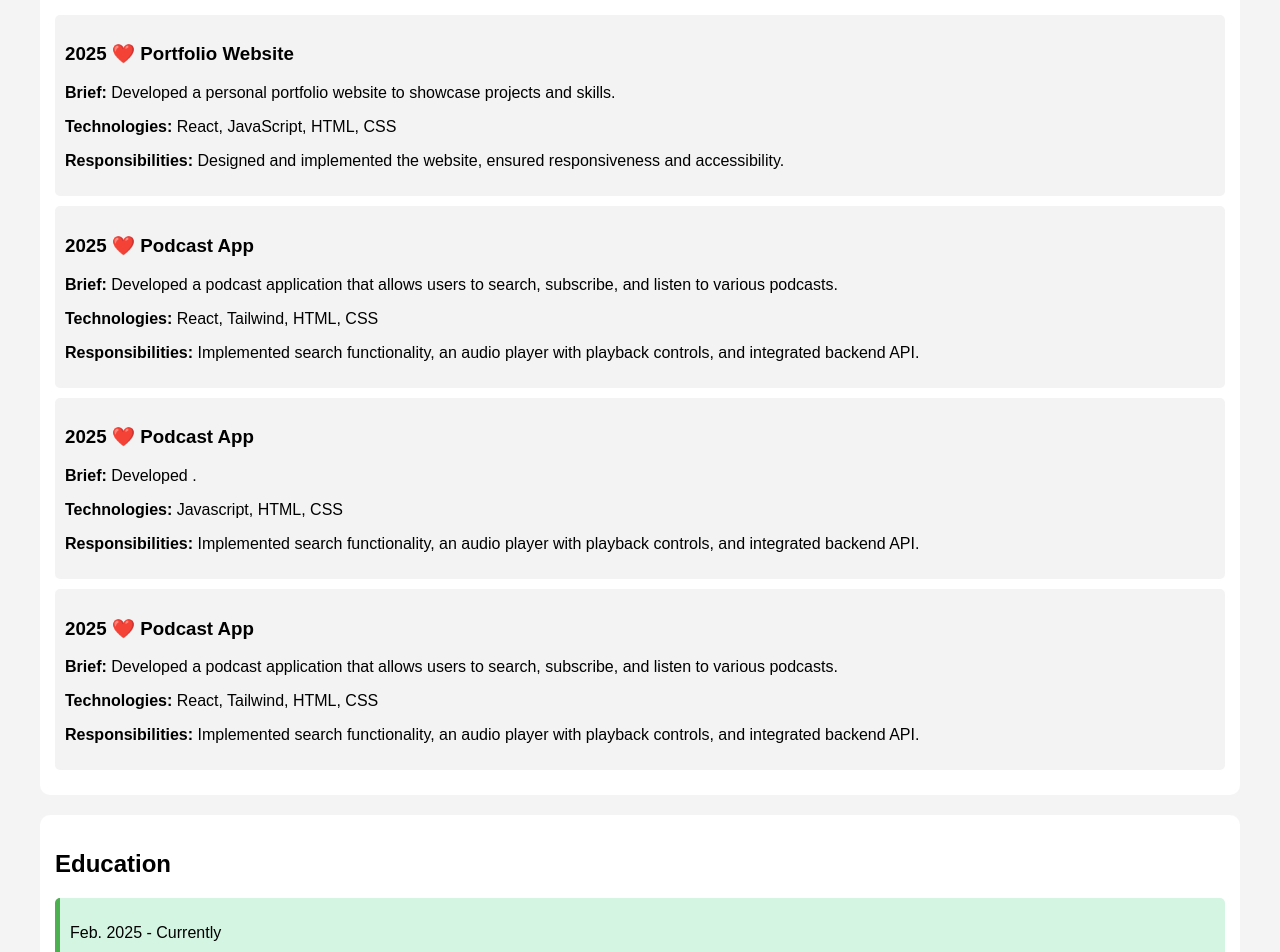
Repository: andajonas/ANDJON25111_fto2502_A2_AndaJonas_SDF_Portfolio_Piece
Page: index.html
These files come from the project's save history. The page is drawn as it stood at one moment and after the next save; the edit follows.
The browser window is 1280 px wide. The pictures show the part of the page from y = 638 to 1590 px (the page is 3128 px tall).
A picture or video elsewhere on the page could not be fetched, so the positions and the page height are approximate.

Above is the page before, as saved 2025-04-03 18:22:56.

After the next save:
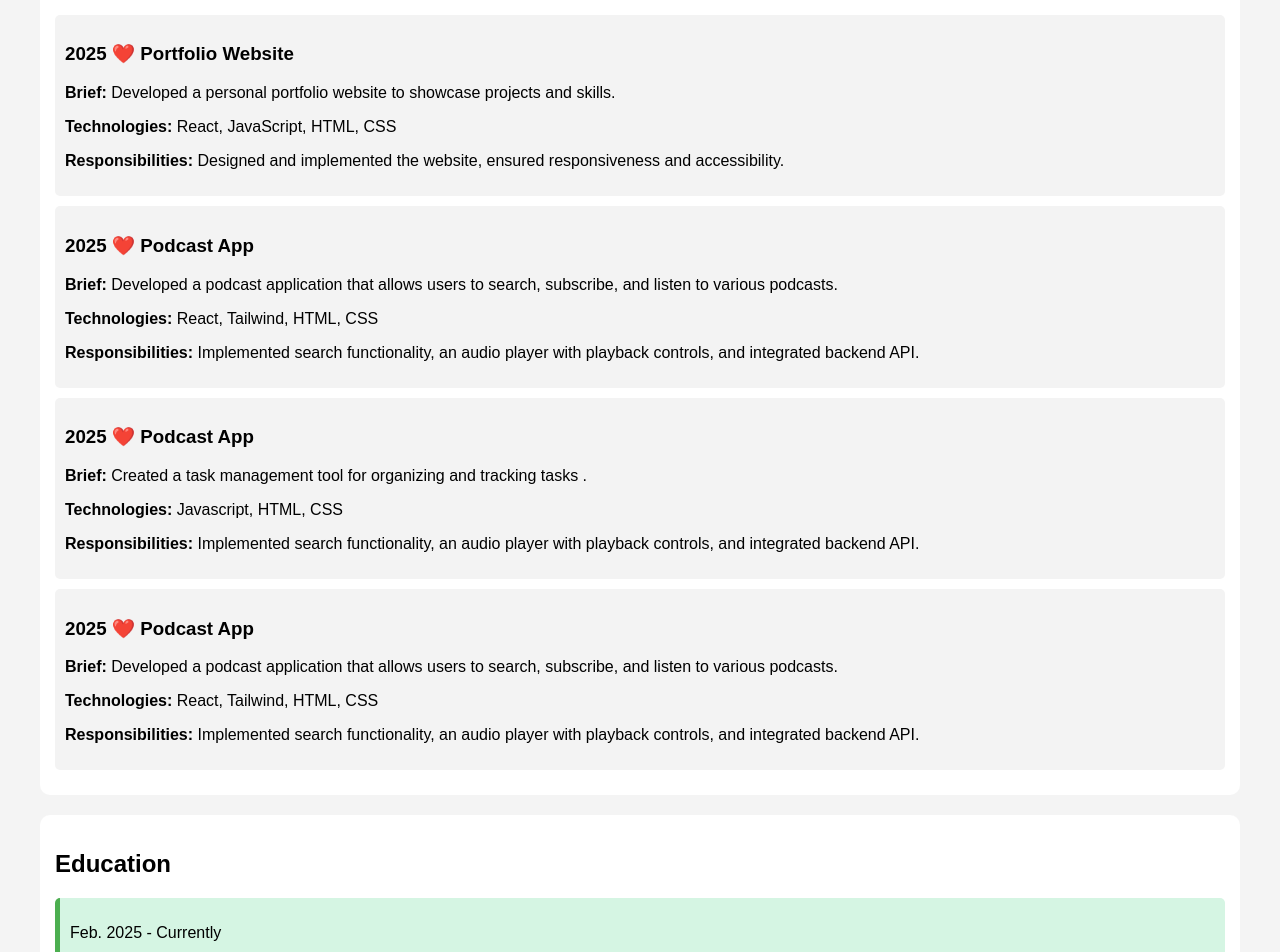
Saved 22 s later.
--- a/index.html
+++ b/index.html
@@ -64,7 +64,7 @@
 
         <div class="project-card">
             <h3>2025 ❤️ Podcast App</h3>
-            <p><strong>Brief:</strong> Developed .</p>
+            <p><strong>Brief:</strong> Created a task management tool for organizing and tracking tasks .</p>
             <p><strong>Technologies:</strong> Javascript, HTML, CSS</p>
             <p><strong>Responsibilities:</strong> Implemented search functionality, an audio player with playback controls, and integrated backend API.</p>
         </div>
